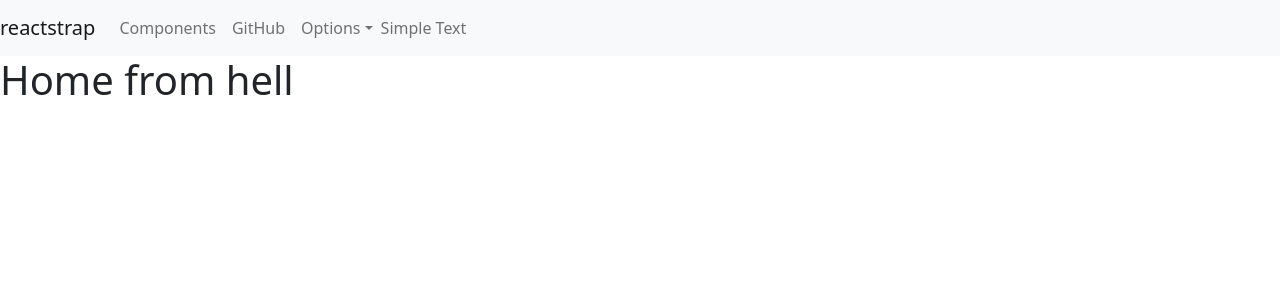
Repository: thf4/React-Front
Page: /
These files come from the project's save history. The page is drawn as it stood at one moment and after the next save; the edit follows.
The browser window is 1280 px wide. The pictures show the whole page.
The project was rebuilt for these pictures with package versions that can differ from the ones it lists, and the page was loaded fresh each time. Also part of the build but not shown: src/pages/Vizualizar/index.js, src/pages/Cadastrar/index.js, src/pages/Editar/index.js.

Above is the page before, as saved 2021-05-07 09:04:50.

After the next save:
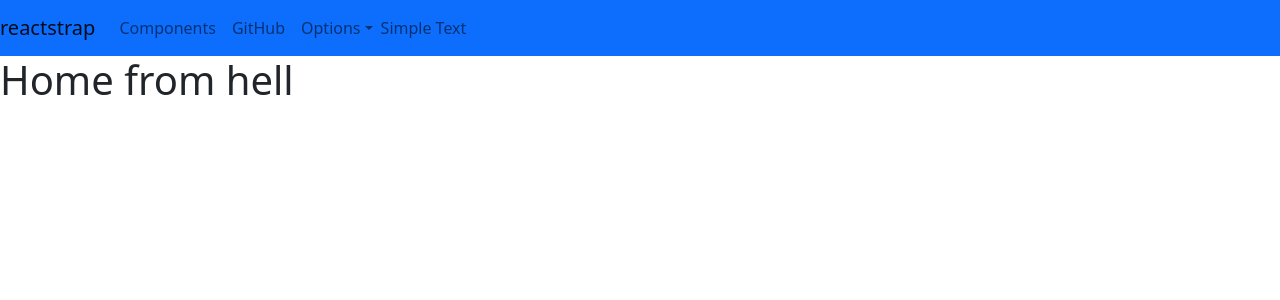
Saved 11 s later.
--- a/src/components/Menu.js
+++ b/src/components/Menu.js
@@ -20,7 +20,7 @@ export const Menu = (props) => {
   const toggle = () => setIsOpen(!isOpen);
   return (
     <div>
-       <Navbar color="light" light expand="md">
+       <Navbar color="primary" light expand="md">
         <NavbarBrand href="/">reactstrap</NavbarBrand>
         <NavbarToggler onClick={toggle} />
         <Collapse isOpen={isOpen} navbar>
